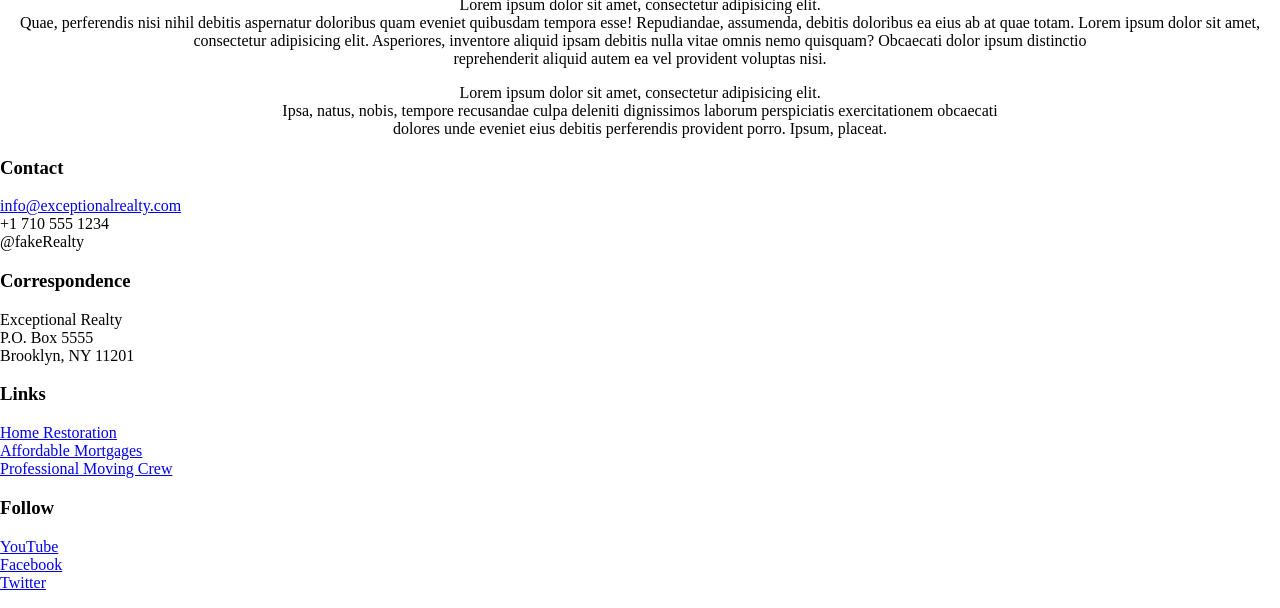
Repository: peterclermy232/phase-0-css-fundamentals-lab
Page: index.html
These files come from the project's save history. The page is drawn as it stood at one moment and after the next save; the edit follows.
The browser window is 1280 px wide. The pictures show the part of the page from y = 456 to 1082 px (the page is 1064 px tall before and 1082 px after).
A picture or video elsewhere on the page could not be fetched, so the positions and the page height are approximate.

Above is the page before, as saved 2022-05-29 19:38:43.

### index.html
<!DOCTYPE html>
<html lang="en">
  <head>
    <meta charset="UTF-8">
    <title>Exceptional Realty Group - Luxury Homes - About</title>
    <!-- Don't forget to link your CSS file! -->
    <link rel="stylesheet" href="./style.css">
  </head>
  <body>
    <header>
      <!-- logo -->
      <h1>Exceptional Realty Group</h1>

      <nav>
        <a href="index.html">About</a>
        <a href="new-properties.html">New Properties</a>
        <a href="real-estate-listings.html">Listings</a>
        <a href="market-report.html">Market Report</a>
        <a href="contact.html">Contact</a>
        <a href="http://hud.gov" target="_blank">H.U.D.</a>
      </nav>
    </header>

    <section id="featured-property">
      <figure>
        <img src="images/intro-pic.jpg" alt="A beautiful living room." title="Welcome to Exceptional Realty Group">
        <figcaption>345 Carl Street Apt 12, Carrol Rd. Brooklyn, NY - Photo by Denise Richards.</figcaption>
      </figure>

      <p class="text">Lorem ipsum dolor sit amet, consectetur adipisicing elit.<br> Quae, perferendis nisi nihil debitis aspernatur doloribus quam eveniet quibusdam tempora esse! Repudiandae, assumenda, debitis doloribus ea eius ab at quae totam. Lorem ipsum dolor sit amet, consectetur adipisicing elit. Asperiores, inventore aliquid ipsam debitis nulla vitae omnis nemo quisquam? Obcaecati dolor ipsum distinctio<br> reprehenderit aliquid autem ea vel provident voluptas nisi.</p>
      <p class="text">Lorem ipsum dolor sit amet, consectetur adipisicing elit. <br>Ipsa, natus, nobis, tempore recusandae culpa deleniti dignissimos laborum perspiciatis exercitationem obcaecati<br> dolores unde eveniet eius debitis perferendis provident porro. Ipsum, placeat.</p>
    </section>

    <section id="details">
      <div>
        <h3>Contact</h3>
        <p>
          <a href="mailto:info@exceptionalrealty.com">info@exceptionalrealty.com</a><br>
          +1 710 555 1234<br>
          @fakeRealty
        </p>
      </div>

      <div>
        <h3>Correspondence</h3>
        <p>
          Exceptional Realty<br>
          P.O. Box 5555<br>
          Brooklyn, NY 11201
        </p>
      </div>

      <div>
        <h3>Links</h3>
        <p>
          <a href="#" target="_blank">Home Restoration</a><br>
          <a href="#" target="_blank">Affordable Mortgages</a><br>
          <a href="#" target="_blank">Professional Moving Crew</a>
        </p>
      </div>

      <div>
        <h3>Follow</h3>
        <p>
          <a href="#" target="_blank">YouTube</a><br>
          <a href="#" target="_blank">Facebook</a><br>
          <a href="#" target="_blank">Twitter</a>
        </p>
      </div>
    </section>
  </body>
</html>

### style.css
body {
  width: 100%;
  height: 100%;
  margin: 0;
}

h1{
  text-align: center;

}
nav{
  text-align: center;
}
figure{
  text-align: center;
}
.text{
  text-align: center;
}

After the next save:
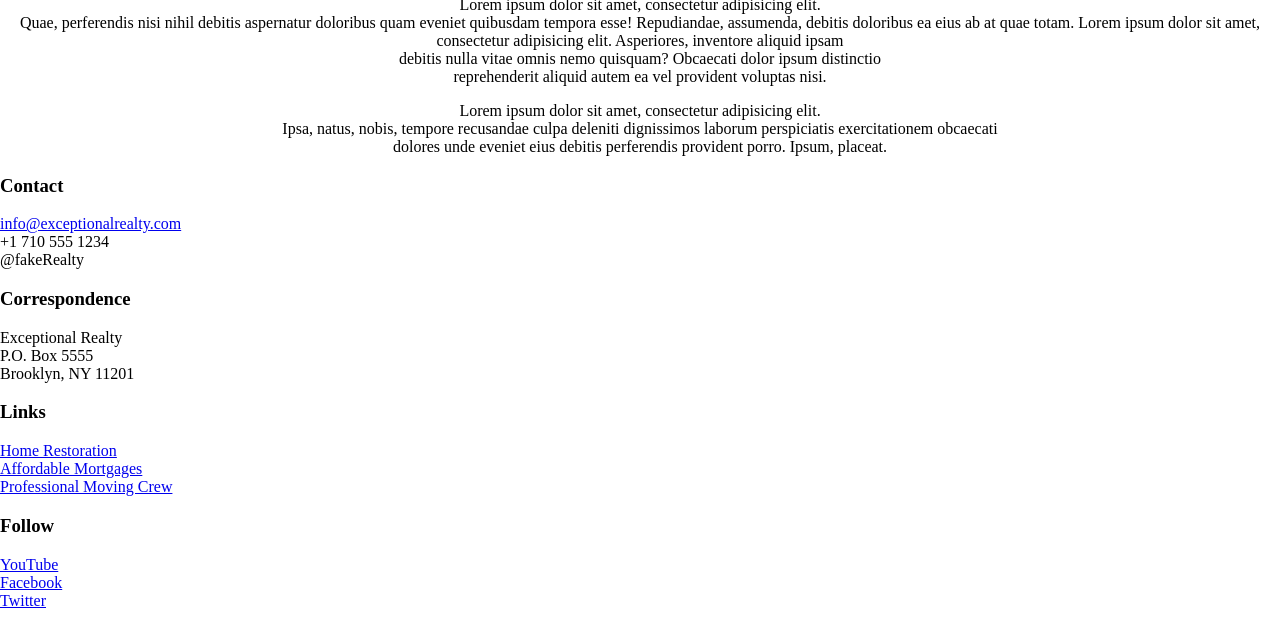
Saved 48 s later.
--- a/index.html
+++ b/index.html
@@ -27,7 +27,7 @@
         <figcaption>345 Carl Street Apt 12, Carrol Rd. Brooklyn, NY - Photo by Denise Richards.</figcaption>
       </figure>
 
-      <p class="text">Lorem ipsum dolor sit amet, consectetur adipisicing elit.<br> Quae, perferendis nisi nihil debitis aspernatur doloribus quam eveniet quibusdam tempora esse! Repudiandae, assumenda, debitis doloribus ea eius ab at quae totam. Lorem ipsum dolor sit amet, consectetur adipisicing elit. Asperiores, inventore aliquid ipsam debitis nulla vitae omnis nemo quisquam? Obcaecati dolor ipsum distinctio<br> reprehenderit aliquid autem ea vel provident voluptas nisi.</p>
+      <p class="text">Lorem ipsum dolor sit amet, consectetur adipisicing elit.<br> Quae, perferendis nisi nihil debitis aspernatur doloribus quam eveniet quibusdam tempora esse! Repudiandae, assumenda, debitis doloribus ea eius ab at quae totam. Lorem ipsum dolor sit amet, consectetur adipisicing elit. Asperiores, inventore aliquid ipsam<br> debitis nulla vitae omnis nemo quisquam? Obcaecati dolor ipsum distinctio<br> reprehenderit aliquid autem ea vel provident voluptas nisi.</p>
       <p class="text">Lorem ipsum dolor sit amet, consectetur adipisicing elit. <br>Ipsa, natus, nobis, tempore recusandae culpa deleniti dignissimos laborum perspiciatis exercitationem obcaecati<br> dolores unde eveniet eius debitis perferendis provident porro. Ipsum, placeat.</p>
     </section>
 

After the save that followed:
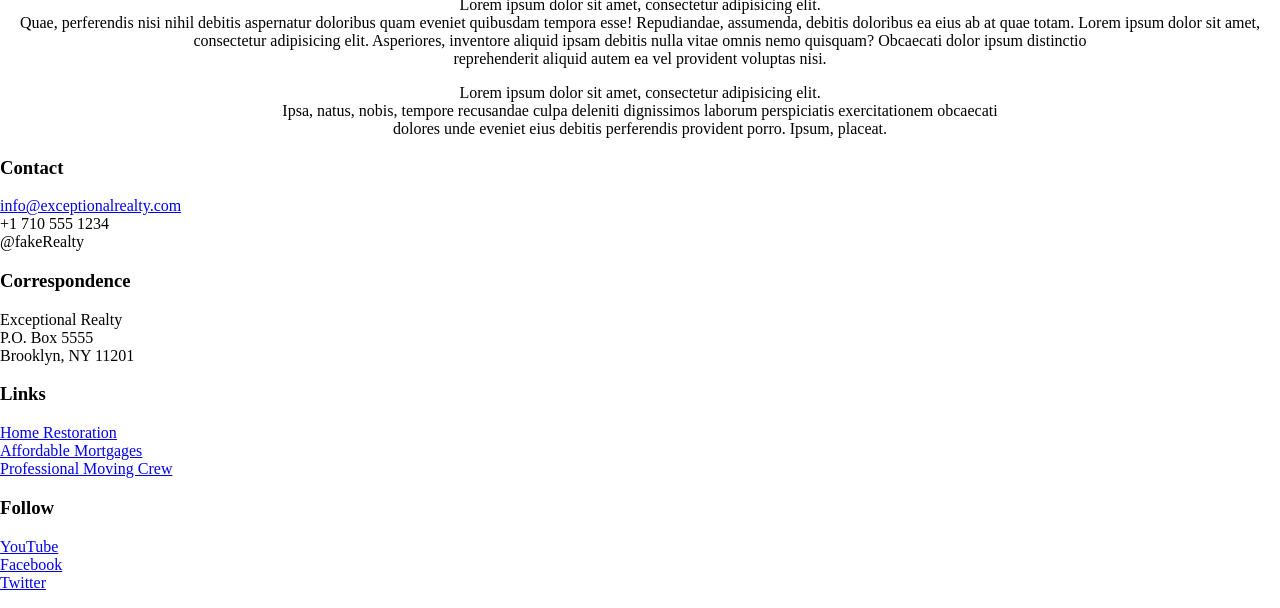
Saved 11 s later.
--- a/index.html
+++ b/index.html
@@ -27,7 +27,7 @@
         <figcaption>345 Carl Street Apt 12, Carrol Rd. Brooklyn, NY - Photo by Denise Richards.</figcaption>
       </figure>
 
-      <p class="text">Lorem ipsum dolor sit amet, consectetur adipisicing elit.<br> Quae, perferendis nisi nihil debitis aspernatur doloribus quam eveniet quibusdam tempora esse! Repudiandae, assumenda, debitis doloribus ea eius ab at quae totam. Lorem ipsum dolor sit amet, consectetur adipisicing elit. Asperiores, inventore aliquid ipsam<br> debitis nulla vitae omnis nemo quisquam? Obcaecati dolor ipsum distinctio<br> reprehenderit aliquid autem ea vel provident voluptas nisi.</p>
+      <p class="text">Lorem ipsum dolor sit amet, consectetur adipisicing elit.<br> Quae, perferendis nisi nihil debitis aspernatur doloribus quam eveniet quibusdam tempora esse! Repudiandae, assumenda, debitis doloribus ea eius ab at quae totam. Lorem ipsum dolor sit amet, consectetur adipisicing elit. Asperiores, inventore aliquid ipsam debitis nulla vitae omnis nemo quisquam? Obcaecati dolor ipsum distinctio<br> reprehenderit aliquid autem ea vel provident voluptas nisi.</p>
       <p class="text">Lorem ipsum dolor sit amet, consectetur adipisicing elit. <br>Ipsa, natus, nobis, tempore recusandae culpa deleniti dignissimos laborum perspiciatis exercitationem obcaecati<br> dolores unde eveniet eius debitis perferendis provident porro. Ipsum, placeat.</p>
     </section>
 
